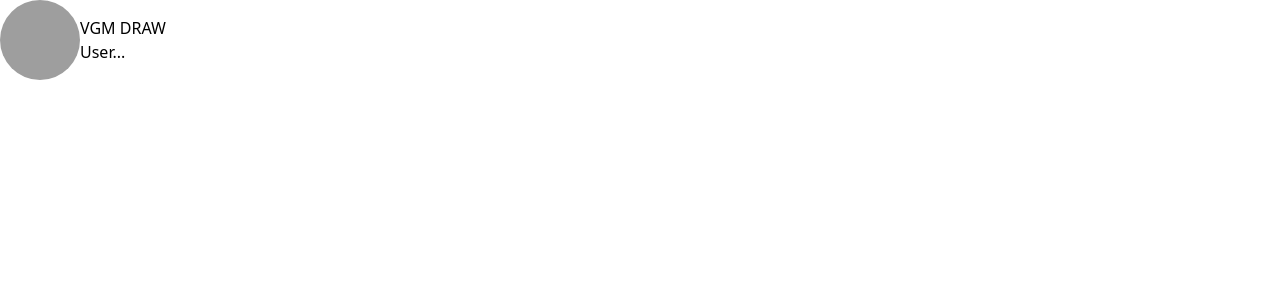
Repository: venu-369/lottery-web3
Page: /
An editor plug-in stored every save of this project. The page is shown before and after the next save, followed by the edit.
The browser window is 1280 px wide. The pictures show the whole page.
Pictures or frames that could not be fetched are drawn as grey boxes. The project was rebuilt for these pictures with package versions that can differ from the ones it lists, and the page was loaded fresh each time. The framework's server and built-in components were replaced by stand-ins that run in the browser. Also part of the build but not shown: next.config.js.

Above is the page before, as saved 2023-01-11 14:03:17.

### pages/index.tsx
import type { NextPage } from 'next'
import Head from 'next/head'
import Image from 'next/image'
import Header from '../components/Header'

const Home: NextPage = () => {
  return (
    <div className="">
      <Head>
        <title>VGM Lottery</title>
        <link rel="icon" href="/favicon.ico" />
      </Head>
      <Header>

      </Header>





    </div>
  )
}

export default Home

### components/Header.tsx
import React from 'react'

const Header = () => {
  return (
    <div >
        <div className="flex items-center">
            <img
             className='rounded-full h-20 w-20'
             src="https://i.pinimg.com/564x/93/93/41/93934128ae88668f93c1abaaf1e62b1b.jpg"
             alt=""
             />

        <div>
            <h1>VGM DRAW</h1>
            <p>User...</p>
        </div>

     </div>
    </div>
  );
}

export default Header

Loaded but not shown: pages/_app.tsx (common file); styles/globals.css (common file); tailwind.config.js (common file)

After the next save:
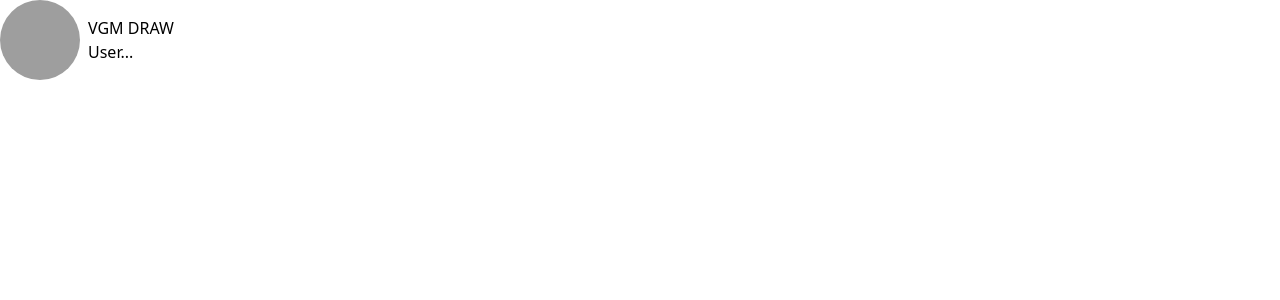
Saved 8 s later.
--- a/components/Header.tsx
+++ b/components/Header.tsx
@@ -3,7 +3,7 @@
 const Header = () => {
   return (
     <div >
-        <div className="flex items-center">
+        <div className="flex items-center space-x-2">
             <img
              className='rounded-full h-20 w-20'
              src="https://i.pinimg.com/564x/93/93/41/93934128ae88668f93c1abaaf1e62b1b.jpg"
